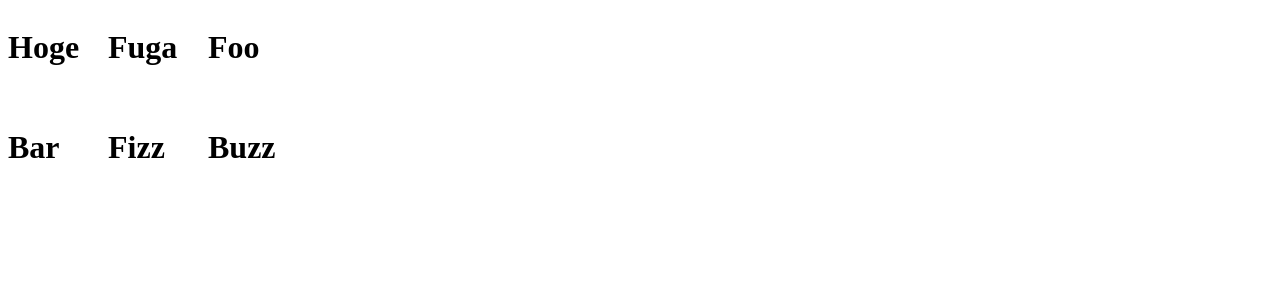
Repository: dainak/samurai_HTML-CSS
Page: test.html
The author's editor kept a record of every edit. The page is drawn from the files as they stood at one moment, then again after the next edit.
The browser window is 1280 px wide. The pictures show the whole page.

Above is the page before.

After the next edit:
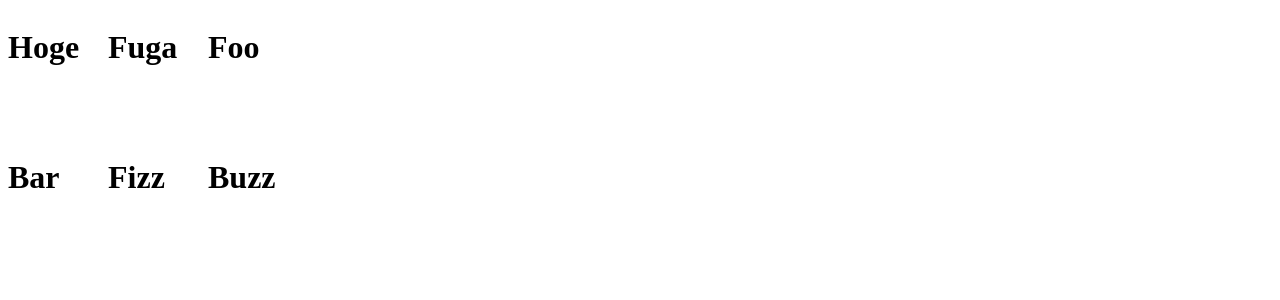
The edit:
--- a/test.html
+++ b/test.html
@@ -12,7 +12,7 @@
 
                 grid-template-columns: 100px 100px 100px;
 
-                grid-template-rows: 100px 200px 100px;
+                grid-template-rows: 130px 200px 100px;
 
             }
 
